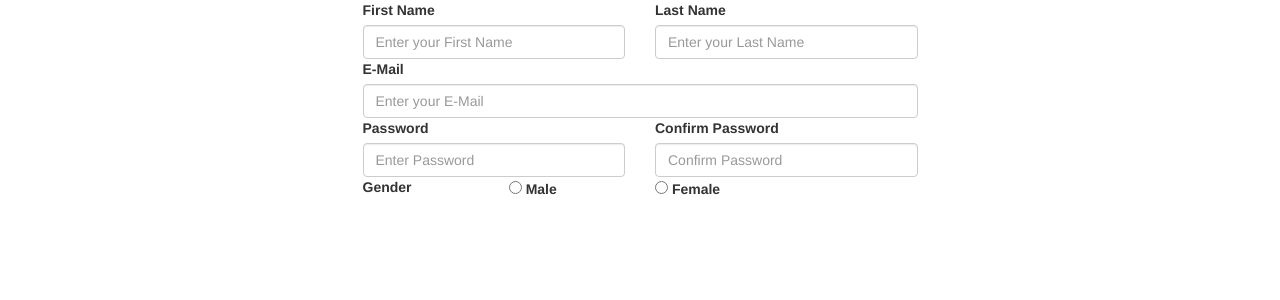
Repository: MoulicaSudamalla161/Tweet
Page: http://localhost/TweetApplication/Registration.jsp
These files come from the project's save history. The page is drawn as it stood at one moment and after the next save; the edit follows.
The browser window is 1280 px wide. The pictures show the whole page.
The page is served by Tomcat 9. Other server files are loaded and not shown.

Above is the page before, as saved 2021-03-02 07:14:34.

### TweetApplication/WebContent/Registration.jsp
<%@ page language="java" contentType="text/html; charset=ISO-8859-1"
    pageEncoding="ISO-8859-1"%>
<!DOCTYPE html>
<html>
<head>
<meta charset="ISO-8859-1">
<title>Registration Page </title>
<link rel="stylesheet" href="https://maxcdn.bootstrapcdn.com/bootstrap/3.4.1/css/bootstrap.min.css">
<script src="https://ajax.googleapis.com/ajax/libs/jquery/3.5.1/jquery.min.js"></script>
<script src="https://maxcdn.bootstrapcdn.com/bootstrap/3.4.1/js/bootstrap.min.js"></script>
</head>
<body>
 <div class="container">
   <div class="row">
      <div class="col-lg-3"></div>
      <div class="col-lg-6">
        <div id="ui">
           <form action="" class="form-group">
             <div class="row">
               <div class="col-lg-6">
                 <label>First Name</label>
                 <input type="text" name="firstname" class="form-control" placeholder="Enter your First Name">
               </div>
               <div class="col-lg-6">
                 <label>Last Name</label>
                 <input type="text" name="lastname" class="form-control"  placeholder="Enter your Last Name">
               </div>
             </div>
              <label>E-Mail</label>
                 <input type="text" name="email" class="form-control"  placeholder="Enter your E-Mail">
              <div class="row">
               <div class="col-lg-6">
                 <label>Password</label>
                 <input type="text" name="password" class="form-control" placeholder="Enter Password">
               </div>
               <div class="col-lg-6">
                 <label>Confirm Password</label>
                 <input type="text" name="cpassword" class="form-control"  placeholder="Confirm Password">
               </div>
             </div>

           <div class="row">
              <div class="col-lg-3">
                <label>Gender</label>
              </div>

               <div class="col-lg-3">
                <div class="form-check form-check-inline">
                  <input class="form-check-input" type="radio" name="male" id="Radio1" value="Male" >
                  <label class="form-check-label" for="exampleRadios1">Male</label>
                </div>
               </div>
               <div class="col-lg-3">
                <div class="form-check form-check-inline">
                  <input class="form-check-input" type="radio" name="female" id="Radio2" value="Female" >
                  <label class="form-check-label" for="exampleRadios2">Female</label>
                </div>
               </div>


             </div>

           </form>
        </div>

      </div>

      <div class="col-lg-3"></div>
   </div>
 </div>
</body>
</html>

After the next save:
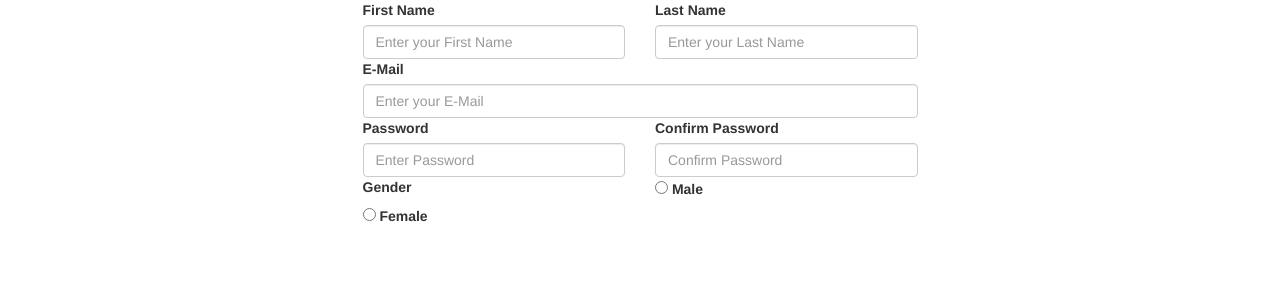
Saved 13 s later.
--- a/TweetApplication/WebContent/Registration.jsp
+++ b/TweetApplication/WebContent/Registration.jsp
@@ -40,17 +40,17 @@
              </div>
 
            <div class="row">
-              <div class="col-lg-3">
+              <div class="col-lg-6">
                 <label>Gender</label>
               </div>
 
-               <div class="col-lg-3">
+               <div class="col-lg-6">
                 <div class="form-check form-check-inline">
                   <input class="form-check-input" type="radio" name="male" id="Radio1" value="Male" >
                   <label class="form-check-label" for="exampleRadios1">Male</label>
                 </div>
                </div>
-               <div class="col-lg-3">
+               <div class="col-lg-6">
                 <div class="form-check form-check-inline">
                   <input class="form-check-input" type="radio" name="female" id="Radio2" value="Female" >
                   <label class="form-check-label" for="exampleRadios2">Female</label>

After the save that followed:
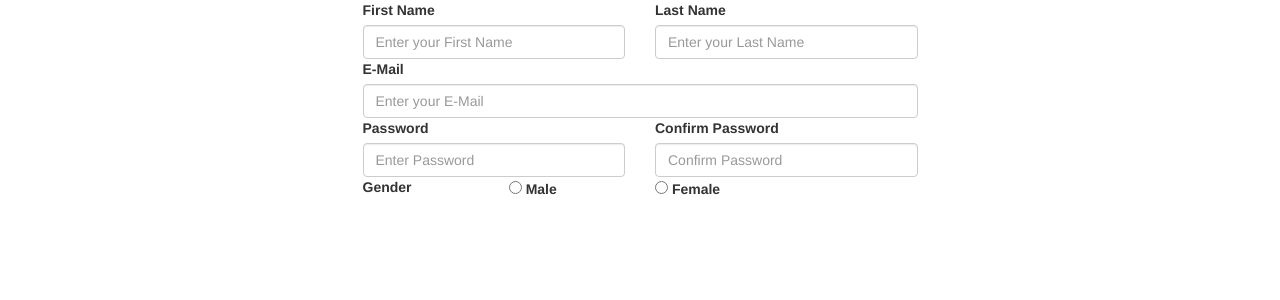
Saved 13 s later.
--- a/TweetApplication/WebContent/Registration.jsp
+++ b/TweetApplication/WebContent/Registration.jsp
@@ -40,17 +40,17 @@
              </div>
 
            <div class="row">
-              <div class="col-lg-6">
+              <div class="col-lg-3">
                 <label>Gender</label>
               </div>
 
-               <div class="col-lg-6">
+               <div class="col-lg-3">
                 <div class="form-check form-check-inline">
                   <input class="form-check-input" type="radio" name="male" id="Radio1" value="Male" >
                   <label class="form-check-label" for="exampleRadios1">Male</label>
                 </div>
                </div>
-               <div class="col-lg-6">
+               <div class="col-lg-3">
                 <div class="form-check form-check-inline">
                   <input class="form-check-input" type="radio" name="female" id="Radio2" value="Female" >
                   <label class="form-check-label" for="exampleRadios2">Female</label>
